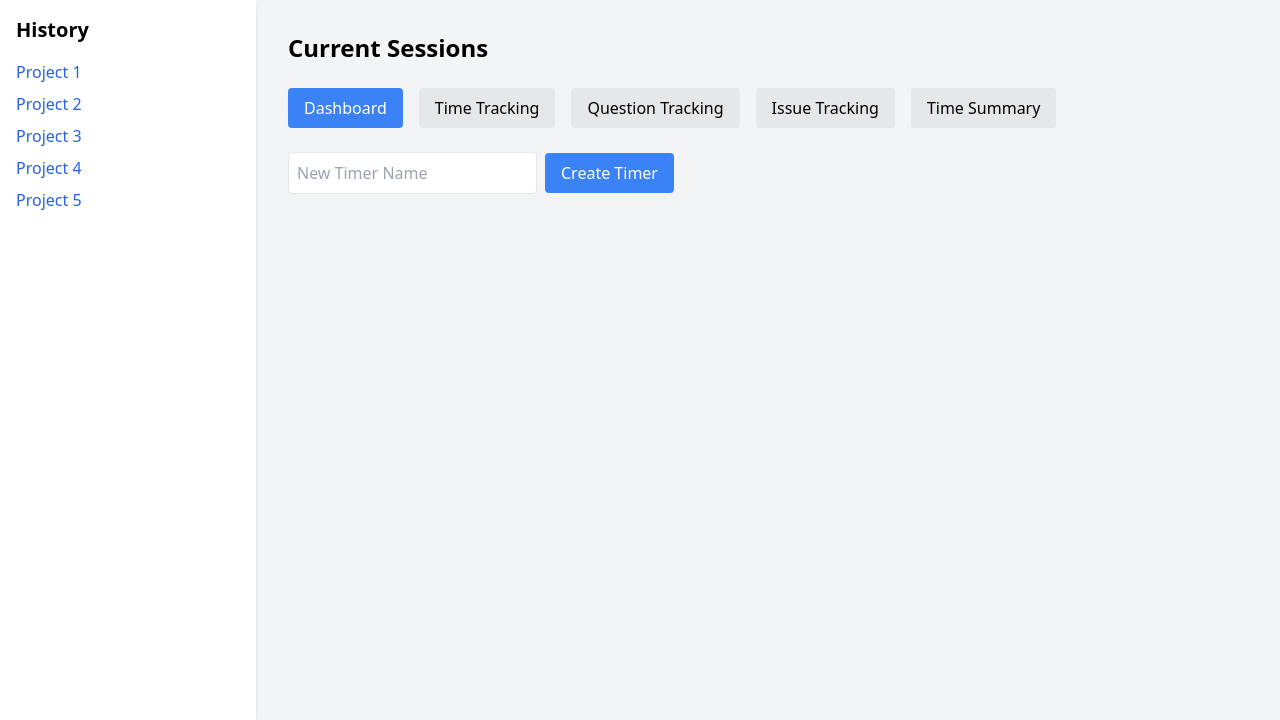
Repository: Mordecaied/Issac
Page: /dashboard (app in frontend/)
The author's editor kept a copy of each file at every save. The page is drawn from the files as they stood at one save, then again after the next save.
The browser window is 1280 px wide. The pictures show the whole page.
The project was rebuilt for these pictures with package versions that can differ from the ones it lists, and the page was loaded fresh each time. Also part of the build but not shown: frontend/src/components/QuestionList.tsx, frontend/src/components/IssueList.tsx, frontend/src/components/TimeTracking.tsx, frontend/src/components/QuestionTracking.tsx, frontend/src/components/IssueTracking.tsx, frontend/src/components/TimeSummary.tsx.

Above is the page before, as saved 2024-08-06 10:05:16.

### frontend/src/index.html
<!DOCTYPE html>
<html lang="en">
<head>
    <meta charset="UTF-8">
    <meta name="viewport" content="width=device-width, initial-scale=1.0">
    <title>Issac - Productivity App</title>
</head>
<body>
    <div id="root"></div>
</body>
</html>

### frontend/src/index.tsx
import React from 'react';
import { createRoot } from 'react-dom/client';
import './index.css';
import App from './App';

const container = document.getElementById('root');
const root = createRoot(container!);
root.render(
  <React.StrictMode>
    <App />
  </React.StrictMode>
);

### frontend/src/App.tsx
import React, { useState } from 'react';
import { AppProvider } from './AppContext';
import Layout from './components/Layout';
import Dashboard from './components/Dashboard';
import TimeTracking from './components/TimeTracking';
import QuestionTracking from './components/QuestionTracking';
import IssueTracking from './components/IssueTracking';
import TimeSummary from './components/TimeSummary';

const App: React.FC = () => {
  const [activeTab, setActiveTab] = useState('dashboard');

  const renderContent = () => {
    switch (activeTab) {
      case 'dashboard':
        return <Dashboard />;
      case 'time':
        return <TimeTracking />;
      case 'questions':
        return <QuestionTracking />;
      case 'issues':
        return <IssueTracking />;
      case 'summary':
        return <TimeSummary />;
      default:
        return null;
    }
  };

  return (
    <AppProvider>
      <Layout>
        <div className="mb-6">
          <div className="flex space-x-4 mb-4">
            <button
              className={`px-4 py-2 rounded transition duration-150 ${activeTab === 'dashboard' ? 'bg-blue-500 text-white' : 'bg-gray-200 hover:bg-gray-300 active:bg-gray-400'}`}
              onClick={() => setActiveTab('dashboard')}
            >
              Dashboard
            </button>
            <button
              className={`px-4 py-2 rounded transition duration-150 ${activeTab === 'time' ? 'bg-blue-500 text-white' : 'bg-gray-200 hover:bg-gray-300 active:bg-gray-400'}`}
              onClick={() => setActiveTab('time')}
            >
              Time Tracking
            </button>
            <button
              className={`px-4 py-2 rounded transition duration-150 ${activeTab === 'questions' ? 'bg-blue-500 text-white' : 'bg-gray-200 hover:bg-gray-300 active:bg-gray-400'}`}
              onClick={() => setActiveTab('questions')}
            >
              Question Tracking
            </button>
            <button
              className={`px-4 py-2 rounded transition duration-150 ${activeTab === 'issues' ? 'bg-blue-500 text-white' : 'bg-gray-200 hover:bg-gray-300 active:bg-gray-400'}`}
              onClick={() => setActiveTab('issues')}
            >
              Issue Tracking
            </button>
            <button
              className={`px-4 py-2 rounded transition duration-150 ${activeTab === 'summary' ? 'bg-blue-500 text-white' : 'bg-gray-200 hover:bg-gray-300 active:bg-gray-400'}`}
              onClick={() => setActiveTab('summary')}
            >
              Time Summary
            </button>
          </div>
        </div>
        {renderContent()}
      </Layout>
    </AppProvider>
  );
};

export default App;

### frontend/src/AppContext.tsx
import React, { createContext, useState, useContext, ReactNode } from 'react';

export interface SubTimer {
  id: number;
  name: string;
  time: number;
  isRunning: boolean;
  lastUpdated: string;
}

export interface Timer {
  id: number;
  projectName: string;
  time: number;
  isRunning: boolean;
  subTimers: SubTimer[];
  lastUpdated: string;
}

export interface Question {
  id: number;
  timerId: number;
  text: string;
  answer: string;
  isAnswered: boolean;
}

export interface Issue {
  id: number;
  timerId: number;
  text: string;
  status: 'open' | 'in progress' | 'resolved';
}

interface AppContextType {
  timers: Timer[];
  questions: Question[];
  issues: Issue[];
  addTimer: (timer: Timer) => void;
  updateTimer: (timer: Timer) => void;
  deleteTimer: (id: number) => void;
  addSubTimer: (parentId: number, subTimer: SubTimer) => void;
  updateSubTimer: (parentId: number, subTimer: SubTimer) => void;
  addQuestion: (question: Question) => void;
  updateQuestion: (question: Question) => void;
  addIssue: (issue: Issue) => void;
  updateIssue: (issue: Issue) => void;
}

const AppContext = createContext<AppContextType | undefined>(undefined);

export const AppProvider: React.FC<{ children: ReactNode }> = ({ children }) => {
  const [timers, setTimers] = useState<Timer[]>([]);
  const [questions, setQuestions] = useState<Question[]>([]);
  const [issues, setIssues] = useState<Issue[]>([]);

  const addTimer = (timer: Timer) => {
    setTimers([...timers, { ...timer, lastUpdated: new Date().toISOString() }]);
  };

  const updateTimer = (updatedTimer: Timer) => {
    setTimers(timers.map(timer =>
      timer.id === updatedTimer.id
        ? { ...updatedTimer, lastUpdated: new Date().toISOString() }
        : timer
    ));
  };

  const deleteTimer = (id: number) => {
    setTimers(timers.filter(timer => timer.id !== id));
    setQuestions(questions.filter(question => question.timerId !== id));
    setIssues(issues.filter(issue => issue.timerId !== id));
  };

  const addSubTimer = (parentId: number, subTimer: SubTimer) => {
    setTimers(timers.map(timer =>
      timer.id === parentId
        ? { ...timer, subTimers: [...timer.subTimers, { ...subTimer, lastUpdated: new Date().toISOString() }] }
        : timer
    ));
  };

  const updateSubTimer = (parentId: number, updatedSubTimer: SubTimer) => {
    setTimers(timers.map(timer =>
      timer.id === parentId
        ? {
            ...timer,
            subTimers: timer.subTimers.map(sub =>
              sub.id === updatedSubTimer.id
                ? { ...updatedSubTimer, lastUpdated: new Date().toISOString() }
                : sub
            )
          }
        : timer
    ));
  };

  const addQuestion = (question: Question) => {
    setQuestions([...questions, question]);
  };

  const updateQuestion = (updatedQuestion: Question) => {
    setQuestions(questions.map(question =>
      question.id === updatedQuestion.id ? updatedQuestion : question
    ));
  };

  const addIssue = (issue: Issue) => {
    setIssues([...issues, issue]);
  };

  const updateIssue = (updatedIssue: Issue) => {
    setIssues(issues.map(issue =>
      issue.id === updatedIssue.id ? updatedIssue : issue
    ));
  };

  return (
    <AppContext.Provider value={{
      timers,
      questions,
      issues,
      addTimer,
      updateTimer,
      deleteTimer,
      addSubTimer,
      updateSubTimer,
      addQuestion,
      updateQuestion,
      addIssue,
      updateIssue
    }}>
      {children}
    </AppContext.Provider>
  );
};

export const useAppContext = () => {
  const context = useContext(AppContext);
  if (context === undefined) {
    throw new Error('useAppContext must be used within an AppProvider');
  }
  return context;
};

### frontend/src/components/Layout.tsx
import React from 'react';

interface LayoutProps {
  children: React.ReactNode;
}

const Layout: React.FC<LayoutProps> = ({ children }) => {
  const projects = ['Project 1', 'Project 2', 'Project 3', 'Project 4', 'Project 5'];

  return (
    <div className="flex h-screen bg-gray-100">
      {/* Sidebar */}
      <div className="w-64 bg-white shadow-md">
        <div className="p-4">
          <h2 className="text-xl font-bold mb-4">History</h2>
          <ul>
            {projects.map((project, index) => (
              <li key={index} className="mb-2">
                <a href="#" className="text-blue-600 hover:text-blue-800">
                  {project}
                </a>
              </li>
            ))}
          </ul>
        </div>
      </div>

      {/* Main content */}
      <div className="flex-1 overflow-y-auto p-8">
        <h1 className="text-2xl font-bold mb-6">Current Sessions</h1>
        {children}
      </div>
    </div>
  );
};

export default Layout;

### frontend/src/components/Dashboard.tsx
import React, { useState, useEffect } from 'react';
import { useAppContext } from '../AppContext';
import QuestionList from './QuestionList';
import IssueList from './IssueList';

const Dashboard: React.FC = () => {
  const { timers, addTimer, updateTimer, deleteTimer, addSubTimer, updateSubTimer } = useAppContext();
  const [newTimerName, setNewTimerName] = useState('');
  const [expandedTimerId, setExpandedTimerId] = useState<number | null>(null);

  useEffect(() => {
    const interval = setInterval(() => {
      timers.forEach(timer => {
        if (timer.isRunning) {
          updateTimer({ ...timer, time: timer.time + 1 });
        }
        timer.subTimers.forEach(subTimer => {
          if (subTimer.isRunning) {
            updateSubTimer(timer.id, { ...subTimer, time: subTimer.time + 1 });
          }
        });
      });
    }, 1000);
    return () => clearInterval(interval);
  }, [timers, updateTimer, updateSubTimer]);

  const handleCreateTimer = () => {
    if (newTimerName.trim() !== '') {
      addTimer({
        id: Date.now(),
        projectName: newTimerName,
        time: 0,
        isRunning: false,
        subTimers: [],
        lastUpdated: new Date().toISOString() // Add this line
      });
      setNewTimerName('');
    }
  };

  const handleToggleTimer = (id: number) => {
    const timer = timers.find(t => t.id === id);
    if (timer) {
      updateTimer({ ...timer, isRunning: !timer.isRunning });
    }
  };

  const handleToggleSubTimer = (parentId: number, subTimerId: number) => {
    const timer = timers.find(t => t.id === parentId);
    if (timer) {
      const subTimer = timer.subTimers.find(st => st.id === subTimerId);
      if (subTimer) {
        updateSubTimer(parentId, { ...subTimer, isRunning: !subTimer.isRunning });
      }
    }
  };

  const handleAddSubTimer = (parentId: number) => {
    const subTimerName = prompt("Enter sub-timer name:");
    if (subTimerName) {
      addSubTimer(parentId, {
        id: Date.now(),
        name: subTimerName,
        time: 0,
        isRunning: false,
        lastUpdated: new Date().toISOString() // Add this line
      });
    }
  };

  const formatTime = (time: number): string => {
    const hours = Math.floor(time / 3600);
    const minutes = Math.floor((time % 3600) / 60);
    const seconds = time % 60;
    return [hours, minutes, seconds]
      .map(v => v < 10 ? "0" + v : v)
      .join(":");
  };

  const handleToggleExpand = (id: number) => {
    setExpandedTimerId(expandedTimerId === id ? null : id);
  };

  return (
    <div className="space-y-4">
      <div className="mb-4">
        <input
          type="text"
          value={newTimerName}
          onChange={(e) => setNewTimerName(e.target.value)}
          placeholder="New Timer Name"
          className="p-2 border rounded mr-2"
        />
        <button
          onClick={handleCreateTimer}
          className="bg-blue-500 text-white px-4 py-2 rounded hover:bg-blue-600 active:bg-blue-700 transition duration-150"
        >
          Create Timer
        </button>
      </div>
      {timers.map(timer => (
        <div key={timer.id} className="bg-white shadow-md rounded-lg p-6">
          <div className="flex justify-between items-center mb-4">
            <h2 className="text-xl font-semibold">{timer.projectName}</h2>
            <div className="text-3xl font-bold">{formatTime(timer.time)}</div>
          </div>
          <div className="flex space-x-2 mb-4">
            <button
              onClick={() => handleToggleTimer(timer.id)}
              className={`px-4 py-2 rounded text-white transition duration-150 ${
                timer.isRunning
                  ? 'bg-red-500 hover:bg-red-600 active:bg-red-700'
                  : 'bg-green-500 hover:bg-green-600 active:bg-green-700'
              }`}
            >
              {timer.isRunning ? 'Pause' : 'Start'}
            </button>
            <button
              onClick={() => deleteTimer(timer.id)}
              className="bg-gray-500 text-white px-4 py-2 rounded hover:bg-gray-600 active:bg-gray-700 transition duration-150"
            >
              Delete
            </button>
            <button
              onClick={() => handleToggleExpand(timer.id)}
              className="bg-blue-500 text-white px-4 py-2 rounded hover:bg-blue-600 active:bg-blue-700 transition duration-150"
            >
              {expandedTimerId === timer.id ? 'Collapse' : 'Expand'}
            </button>
          </div>
          {expandedTimerId === timer.id && (
            <div className="mt-4">
              <h3 className="text-lg font-semibold mb-2">Sub-timers</h3>
              {timer.subTimers.map(subTimer => (
                <div key={subTimer.id} className="flex items-center justify-between mb-2">
                  <span>{subTimer.name}: {formatTime(subTimer.time)}</span>
                  <button
                    onClick={() => handleToggleSubTimer(timer.id, subTimer.id)}
                    className={`px-2 py-1 rounded text-white ${
                      subTimer.isRunning ? 'bg-red-500' : 'bg-green-500'
                    }`}
                  >
                    {subTimer.isRunning ? 'Pause' : 'Start'}
                  </button>
                </div>
              ))}
              <button onClick={() => handleAddSubTimer(timer.id)} className="bg-blue-500 text-white px-2 py-1 rounded">
                Add Sub-timer
              </button>
              <QuestionList timerId={timer.id} />
              <IssueList timerId={timer.id} />
            </div>
          )}
        </div>
      ))}
    </div>
  );
};

export default Dashboard;

### frontend/tailwind.config.js
module.exports = {
  content: [
    "./src/**/*.{js,jsx,ts,tsx}",
    "./public/index.html"
  ],
  theme: {
    extend: {},
  },
  plugins: [],
}

### frontend/src/context/AppContext.tsx
import React, { createContext, useContext, ReactNode } from 'react';
import { useTimers } from '../hooks/useTimers';

export interface SubTimer {
  id: number;
  name: string;
  time: number;
  isRunning: boolean;
  lastUpdated: string;
}

export interface Timer {
  id: number;
  projectName: string;
  time: number;
  isRunning: boolean;
  subTimers: SubTimer[];
  lastUpdated: string;
}

export interface Question {
  id: number;
  timerId: number;
  text: string;
  answer: string;
  isAnswered: boolean;
}

export interface Issue {
  id: number;
  timerId: number;
  text: string;
  status: 'open' | 'in progress' | 'resolved';
}

interface AppContextType {
  timers: Timer[];
  addTimer: (timer: Timer) => void;
  updateTimer: (timer: Timer) => void;
  deleteTimer: (id: number) => void;
  addSubTimer: (parentId: number, subTimer: SubTimer) => void;
  updateSubTimer: (parentId: number, subTimer: SubTimer) => void;
  // Add other context properties and methods here
}

const AppContext = createContext<AppContextType | undefined>(undefined);

export const AppProvider: React.FC<{ children: ReactNode }> = ({ children }) => {
  const { timers, addTimer, updateTimer, deleteTimer, addSubTimer, updateSubTimer } = useTimers();

  // Add other hooks or state management here

  return (
    <AppContext.Provider value={{
      timers, addTimer, updateTimer, deleteTimer, addSubTimer, updateSubTimer,
      // Add other context values here
    }}>
      {children}
    </AppContext.Provider>
  );
};

export const useAppContext = () => {
  const context = useContext(AppContext);
  if (context === undefined) {
    throw new Error('useAppContext must be used within an AppProvider');
  }
  return context;
};

### frontend/src/hooks/useTimers.ts
import { useState, useEffect, useRef } from 'react';
import { Timer, SubTimer } from '../context/AppContext';

export const useTimers = () => {
  const [timers, setTimers] = useState<Timer[]>([]);
  const timerIntervalRef = useRef<NodeJS.Timeout | null>(null);

  useEffect(() => {
    const updateRunningTimers = () => {
      setTimers(prevTimers =>
        prevTimers.map(timer => ({
          ...timer,
          time: timer.isRunning ? timer.time + 1 : timer.time,
          subTimers: timer.subTimers.map(subTimer => ({
            ...subTimer,
            time: subTimer.isRunning ? subTimer.time + 1 : subTimer.time,
          })),
          lastUpdated: timer.isRunning ? new Date().toISOString() : timer.lastUpdated,
        }))
      );
    };

    timerIntervalRef.current = setInterval(updateRunningTimers, 1000);

    return () => {
      if (timerIntervalRef.current) {
        clearInterval(timerIntervalRef.current);
      }
    };
  }, []);

  const addTimer = (timer: Timer) => setTimers(prev => [...prev, { ...timer, lastUpdated: new Date().toISOString() }]);

  const updateTimer = (updatedTimer: Timer) => {
    setTimers(prev => prev.map(timer =>
      timer.id === updatedTimer.id
        ? { ...updatedTimer, lastUpdated: new Date().toISOString() }
        : timer
    ));
  };

  const deleteTimer = (id: number) => {
    setTimers(prev => prev.filter(timer => timer.id !== id));
  };

  const addSubTimer = (parentId: number, subTimer: SubTimer) => {
    setTimers(prev => prev.map(timer =>
      timer.id === parentId
        ? { ...timer, subTimers: [...timer.subTimers, { ...subTimer, lastUpdated: new Date().toISOString() }] }
        : timer
    ));
  };

  const updateSubTimer = (parentId: number, updatedSubTimer: SubTimer) => {
    setTimers(prev => prev.map(timer =>
      timer.id === parentId
        ? {
            ...timer,
            subTimers: timer.subTimers.map(sub =>
              sub.id === updatedSubTimer.id
                ? { ...updatedSubTimer, lastUpdated: new Date().toISOString() }
                : sub
            )
          }
        : timer
    ));
  };

  return { timers, addTimer, updateTimer, deleteTimer, addSubTimer, updateSubTimer };
};

Loaded but not shown: frontend/src/index.css (common file)

After the next save:
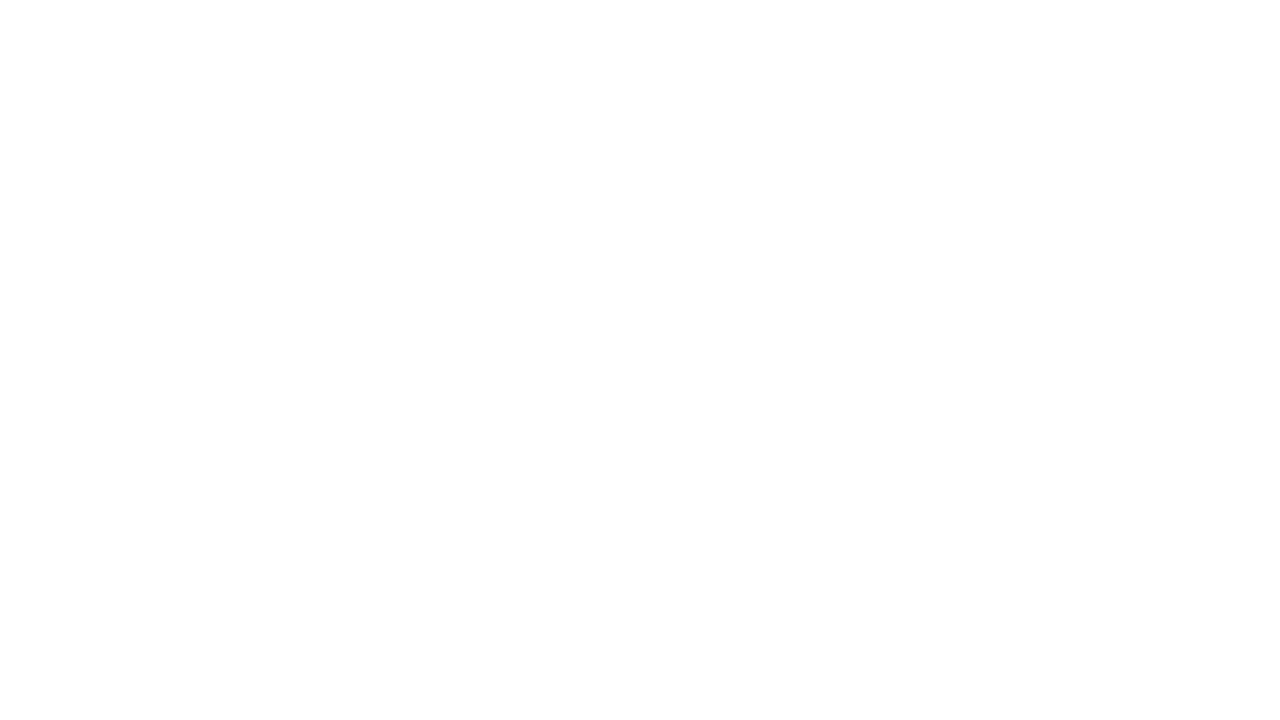
Console error (its wording comes from the project's code and is left out).
Saved 27 s later.
--- a/frontend/src/components/Dashboard.tsx
+++ b/frontend/src/components/Dashboard.tsx
@@ -1,5 +1,5 @@
 import React, { useState, useEffect } from 'react';
-import { useAppContext } from '../AppContext';
+import { useAppContext } from '../context/AppContext';
 import QuestionList from './QuestionList';
 import IssueList from './IssueList';
 

After the save that followed:
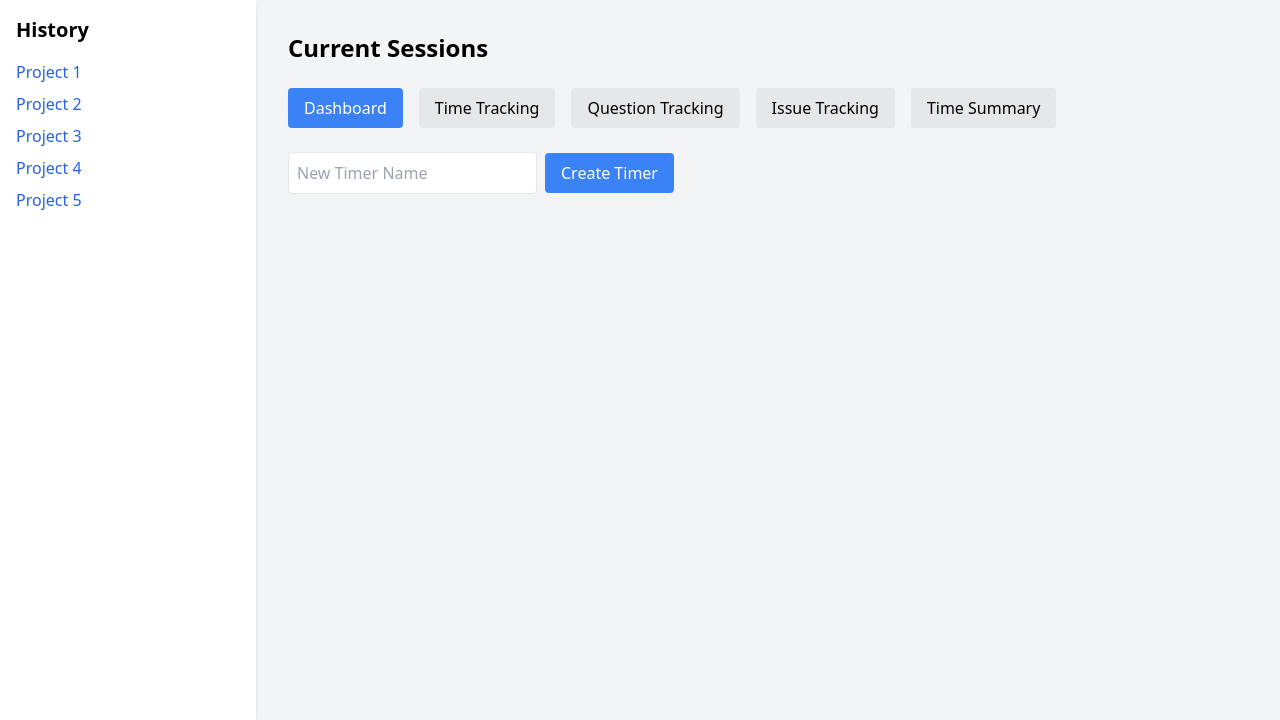
The error is gone.
Saved 8 min 45 s later.
--- a/frontend/src/App.tsx
+++ b/frontend/src/App.tsx
@@ -1,5 +1,5 @@
 import React, { useState } from 'react';
-import { AppProvider } from './AppContext';
+import { AppProvider } from './context/AppContext';
 import Layout from './components/Layout';
 import Dashboard from './components/Dashboard';
 import TimeTracking from './components/TimeTracking';
